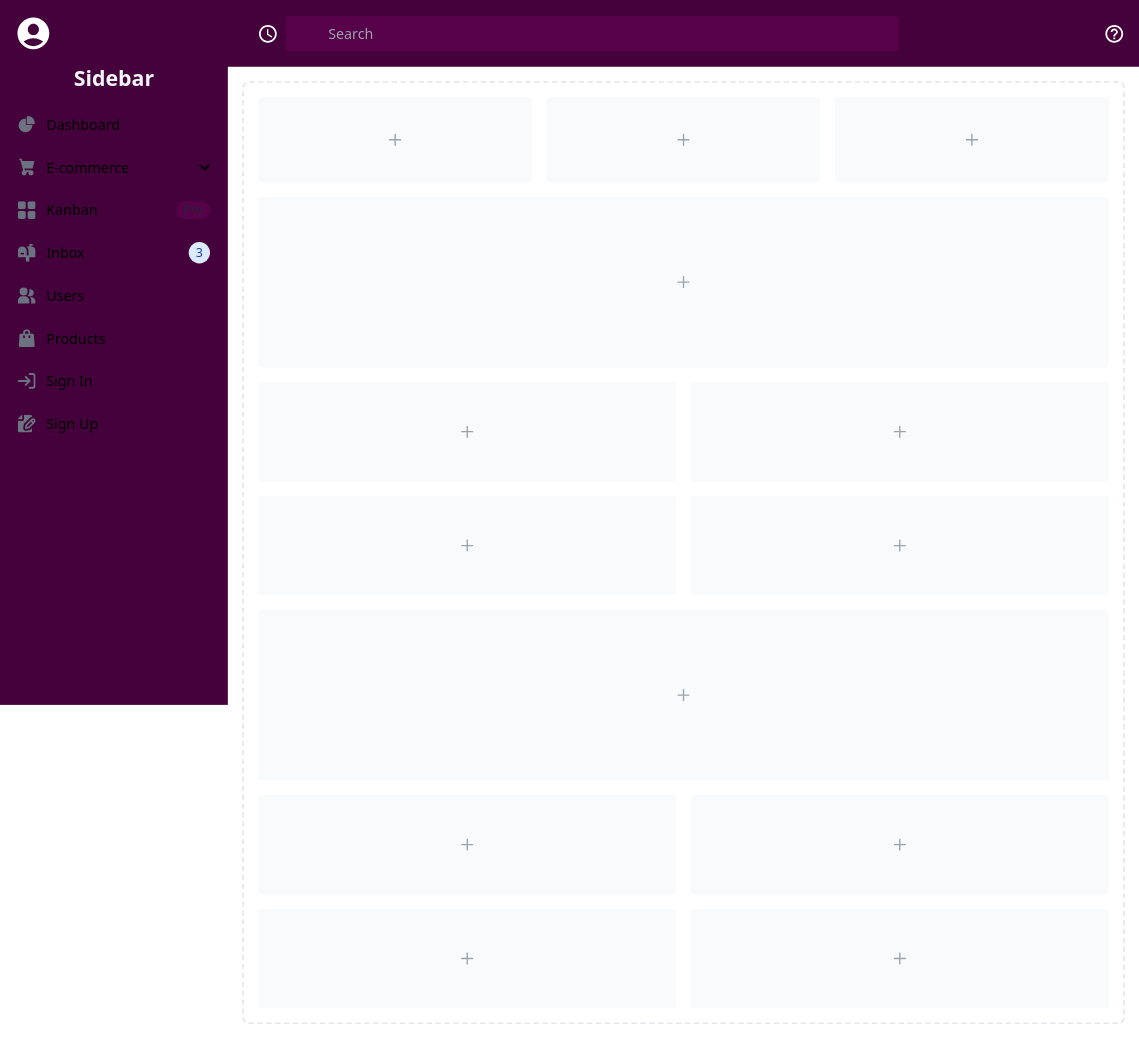
Repository: Shamraiz761/Slack_clone
Page: /
The author's editor kept a copy of each file at every save. The page is drawn from the files as they stood at one save, then again after the next save.
The browser window is 1280 px wide. The pictures show the whole page, at 89% of full size.
The project was rebuilt for these pictures with package versions that can differ from the ones it lists, and the page was loaded fresh each time. Also part of the build but not shown: vite.config.js.

Above is the page before, as saved 2024-01-14 19:16:12.

### src/App.jsx

import React from 'react'
import Header from './components/header/Header'
import Sidebar from './components/sidebar/Sidebar'
function App() {

  return (
  <div className="">
    <div>
      <Header />
      </div>

      <Sidebar />
      {/* Other main content goes here */}
    </div>
  )
}

export default App

### src/components/header/Header.jsx
import React from 'react'
import AccessTimeIcon from '@mui/icons-material/AccessTime';
import HelpOutlineIcon from '@mui/icons-material/HelpOutline';
import AccountCircleIcon from '@mui/icons-material/AccountCircle';
function Header() {
  return (

    <nav className="bg-[#45013b] p-4" style={{background:''}}>
      <div className="container mx-auto flex items-center justify-between">
        {/* Left logos */}

          {/* Left logo */}
          <div className=" sm:mr-4 hidden sm:block">
          <AccountCircleIcon className='text-white text-larger hidden sm:block' style={{fontSize:'43px'}}/>

          </div>





        <div className="sm:w-full flex justify-center items-center">
        <div className="mr-2">
            <AccessTimeIcon className='text-white'/>


          </div>
          <input
            type="text"
            placeholder="Search"
            className=" p-2 px-12 bg-[#57014a] text-white border-none rounded w-32 sm:w-3/5"
          />
        </div>

        {/* Right logos */}
        <div className="flex items-center">

          <div className="ml-[-100px] sm:ml-4">
            <HelpOutlineIcon className='text-white'/>

          </div>
        </div>
      </div>
    </nav>
  )
}

export default Header

### src/components/sidebar/Sidebar.jsx
import React from "react";

function Sidebar() {
  return (
    <div className="relative">


      <aside
        id="sidebar-multi-level-sidebar"
        className="absolute top-full left-0 mt-[-1095px]  bg-[#45013b] w-64 h-screen transition-transform -translate-x-full sm:translate-x-0"
        aria-label="Sidebar"
      >
        <h1 className="text-center font-bold text-2xl text-gray-100">Sidebar</h1>
        <div className="h-full px-3 py-4 overflow-y-auto ">
          <ul className="space-y-2 font-medium">
            <li>
              <a
                href="#"
                className="flex items-center p-2  rounded-lg dark:text-white hover:bg-[#57014a]  group"
              >
                <svg
                  className="w-5 h-5 text-gray-500 transition duration-75 dark:text-gray-400 group-hover: dark:group-hover:text-white"
                  aria-hidden="true"
                  xmlns="http://www.w3.org/2000/svg"
                  fill="currentColor"
                  viewBox="0 0 22 21"
                >
                  <path d="M16.975 11H10V4.025a1 1 0 0 0-1.066-.998 8.5 8.5 0 1 0 9.039 9.039.999.999 0 0 0-1-1.066h.002Z" />
                  <path d="M12.5 0c-.157 0-.311.01-.565.027A1 1 0 0 0 11 1.02V10h8.975a1 1 0 0 0 1-.935c.013-.188.028-.374.028-.565A8.51 8.51 0 0 0 12.5 0Z" />
                </svg>
                <span className="ms-3">Dashboard</span>
              </a>
            </li>
            <li>
              <button
                type="button"
                className="flex items-center w-full p-2 text-base  transition duration-75 rounded-lg group hover:bg-[#57014a] dark:text-white "
                aria-controls="dropdown-example"
                data-collapse-toggle="dropdown-example"
              >
                <svg
                  className="flex-shrink-0 w-5 h-5 text-gray-500 transition duration-75 group-hover: dark:text-gray-400 dark:group-hover:text-white"
                  aria-hidden="true"
                  xmlns="http://www.w3.org/2000/svg"
                  fill="currentColor"
                  viewBox="0 0 18 21"
                >
                  <path d="M15 12a1 1 0 0 0 .962-.726l2-7A1 1 0 0 0 17 3H3.77L3.175.745A1 1 0 0 0 2.208 0H1a1 1 0 0 0 0 2h.438l.6 2.255v.019l2 7 .746 2.986A3 3 0 1 0 9 17a2.966 2.966 0 0 0-.184-1h2.368c-.118.32-.18.659-.184 1a3 3 0 1 0 3-3H6.78l-.5-2H15Z" />
                </svg>
                <span className="flex-1 ms-3 text-left rtl:text-right whitespace-nowrap">
                  E-commerce
                </span>
                <svg
                  className="w-3 h-3"
                  aria-hidden="true"
                  xmlns="http://www.w3.org/2000/svg"
                  fill="none"
                  viewBox="0 0 10 6"
                >
                  <path
                    stroke="currentColor"
                    stroke-linecap="round"
                    stroke-linejoin="round"
                    stroke-width="2"
                    d="m1 1 4 4 4-4"
                  />
                </svg>
              </button>
              <ul id="dropdown-example" className="hidden py-2 space-y-2">
                <li>
                  <a
                    href="#"
                    className="flex items-center w-full p-2  transition duration-75 rounded-lg pl-11 group hover:bg-[#57014a] dark:text-white "
                  >
                    Products
                  </a>
                </li>
                <li>
                  <a
                    href="#"
                    className="flex items-center w-full p-2  transition duration-75 rounded-lg pl-11 group hover:bg-[#57014a] dark:text-white "
                  >
                    Billing
                  </a>
                </li>
                <li>
                  <a
                    href="#"
                    className="flex items-center w-full p-2  transition duration-75 rounded-lg pl-11 group hover:bg-[#57014a] dark:text-white "
                  >
                    Invoice
                  </a>
                </li>
              </ul>
            </li>
            <li>
              <a
                href="#"
                className="flex items-center p-2  rounded-lg dark:text-white hover:bg-[#57014a]  group"
              >
                <svg
                  className="flex-shrink-0 w-5 h-5 text-gray-500 transition duration-75 dark:text-gray-400 group-hover: dark:group-hover:text-white"
                  aria-hidden="true"
                  xmlns="http://www.w3.org/2000/svg"
                  fill="currentColor"
                  viewBox="0 0 18 18"
                >
                  <path d="M6.143 0H1.857A1.857 1.857 0 0 0 0 1.857v4.286C0 7.169.831 8 1.857 8h4.286A1.857 1.857 0 0 0 8 6.143V1.857A1.857 1.857 0 0 0 6.143 0Zm10 0h-4.286A1.857 1.857 0 0 0 10 1.857v4.286C10 7.169 10.831 8 11.857 8h4.286A1.857 1.857 0 0 0 18 6.143V1.857A1.857 1.857 0 0 0 16.143 0Zm-10 10H1.857A1.857 1.857 0 0 0 0 11.857v4.286C0 17.169.831 18 1.857 18h4.286A1.857 1.857 0 0 0 8 16.143v-4.286A1.857 1.857 0 0 0 6.143 10Zm10 0h-4.286A1.857 1.857 0 0 0 10 11.857v4.286c0 1.026.831 1.857 1.857 1.857h4.286A1.857 1.857 0 0 0 18 16.143v-4.286A1.857 1.857 0 0 0 16.143 10Z" />
                </svg>
                <span className="flex-1 ms-3 whitespace-nowrap">Kanban</span>
                <span className="inline-flex items-center justify-center px-2 ms-3 text-sm font-medium text-gray-800 bg-[#57014a] rounded-full dark:bg-gray-700 dark:text-gray-300">
                  Pro
                </span>
              </a>
            </li>
            <li>
              <a
                href="#"
                className="flex items-center p-2  rounded-lg dark:text-white hover:bg-[#57014a]  group"
              >
                <svg
                  className="flex-shrink-0 w-5 h-5 text-gray-500 transition duration-75 dark:text-gray-400 group-hover: dark:group-hover:text-white"
                  aria-hidden="true"
                  xmlns="http://www.w3.org/2000/svg"
                  fill="currentColor"
                  viewBox="0 0 20 20"
                >
                  <path d="m17.418 3.623-.018-.008a6.713 6.713 0 0 0-2.4-.569V2h1a1 1 0 1 0 0-2h-2a1 1 0 0 0-1 1v2H9.89A6.977 6.977 0 0 1 12 8v5h-2V8A5 5 0 1 0 0 8v6a1 1 0 0 0 1 1h8v4a1 1 0 0 0 1 1h2a1 1 0 0 0 1-1v-4h6a1 1 0 0 0 1-1V8a5 5 0 0 0-2.582-4.377ZM6 12H4a1 1 0 0 1 0-2h2a1 1 0 0 1 0 2Z" />
                </svg>
                <span className="flex-1 ms-3 whitespace-nowrap">Inbox</span>
                <span className="inline-flex items-center justify-center w-3 h-3 p-3 ms-3 text-sm font-medium text-blue-800 bg-blue-100 rounded-full dark:bg-blue-900 dark:text-blue-300">
                  3
                </span>
              </a>
            </li>
            <li>
              <a
                href="#"
                className="flex items-center p-2  rounded-lg dark:text-white hover:bg-[#57014a]  group"
              >
                <svg
                  className="flex-shrink-0 w-5 h-5 text-gray-500 transition duration-75 dark:text-gray-400 group-hover: dark:group-hover:text-white"
                  aria-hidden="true"
                  xmlns="http://www.w3.org/2000/svg"
                  fill="currentColor"
                  viewBox="0 0 20 18"
                >
                  <path d="M14 2a3.963 3.963 0 0 0-1.4.267 6.439 6.439 0 0 1-1.331 6.638A4 4 0 1 0 14 2Zm1 9h-1.264A6.957 6.957 0 0 1 15 15v2a2.97 2.97 0 0 1-.184 1H19a1 1 0 0 0 1-1v-1a5.006 5.006 0 0 0-5-5ZM6.5 9a4.5 4.5 0 1 0 0-9 4.5 4.5 0 0 0 0 9ZM8 10H5a5.006 5.006 0 0 0-5 5v2a1 1 0 0 0 1 1h11a1 1 0 0 0 1-1v-2a5.006 5.006 0 0 0-5-5Z" />
                </svg>
                <span className="flex-1 ms-3 whitespace-nowrap">Users</span>
              </a>
            </li>
            <li>
              <a
                href="#"
                className="flex items-center p-2  rounded-lg dark:text-white hover:bg-[#57014a]  group"
              >
                <svg
                  className="flex-shrink-0 w-5 h-5 text-gray-500 transition duration-75 dark:text-gray-400 group-hover: dark:group-hover:text-white"
                  aria-hidden="true"
                  xmlns="http://www.w3.org/2000/svg"
                  fill="currentColor"
                  viewBox="0 0 18 20"
                >
                  <path d="M17 5.923A1 1 0 0 0 16 5h-3V4a4 4 0 1 0-8 0v1H2a1 1 0 0 0-1 .923L.086 17.846A2 2 0 0 0 2.08 20h13.84a2 2 0 0 0 1.994-2.153L17 5.923ZM7 9a1 1 0 0 1-2 0V7h2v2Zm0-5a2 2 0 1 1 4 0v1H7V4Zm6 5a1 1 0 1 1-2 0V7h2v2Z" />
                </svg>
                <span className="flex-1 ms-3 whitespace-nowrap">Products</span>
              </a>
            </li>
            <li>
              <a
                href="#"
                className="flex items-center p-2  rounded-lg dark:text-white hover:bg-[#57014a]  group"
              >
                <svg
                  className="flex-shrink-0 w-5 h-5 text-gray-500 transition duration-75 dark:text-gray-400 group-hover: dark:group-hover:text-white"
                  aria-hidden="true"
                  xmlns="http://www.w3.org/2000/svg"
                  fill="none"
                  viewBox="0 0 18 16"
                >
                  <path
                    stroke="currentColor"
                    stroke-linecap="round"
                    stroke-linejoin="round"
                    stroke-width="2"
                    d="M1 8h11m0 0L8 4m4 4-4 4m4-11h3a2 2 0 0 1 2 2v10a2 2 0 0 1-2 2h-3"
                  />
                </svg>
                <span className="flex-1 ms-3 whitespace-nowrap">Sign In</span>
              </a>
            </li>
            <li>
              <a
                href="#"
                className="flex items-center p-2  rounded-lg dark:text-white hover:bg-[#57014a]  group"
              >
                <svg
                  className="flex-shrink-0 w-5 h-5 text-gray-500 transition duration-75 dark:text-gray-400 group-hover: dark:group-hover:text-white"
                  aria-hidden="true"
                  xmlns="http://www.w3.org/2000/svg"
                  fill="currentColor"
                  viewBox="0 0 20 20"
                >
                  <path d="M5 5V.13a2.96 2.96 0 0 0-1.293.749L.879 3.707A2.96 2.96 0 0 0 .13 5H5Z" />
                  <path d="M6.737 11.061a2.961 2.961 0 0 1 .81-1.515l6.117-6.116A4.839 4.839 0 0 1 16 2.141V2a1.97 1.97 0 0 0-1.933-2H7v5a2 2 0 0 1-2 2H0v11a1.969 1.969 0 0 0 1.933 2h12.134A1.97 1.97 0 0 0 16 18v-3.093l-1.546 1.546c-.413.413-.94.695-1.513.81l-3.4.679a2.947 2.947 0 0 1-1.85-.227 2.96 2.96 0 0 1-1.635-3.257l.681-3.397Z" />
                  <path d="M8.961 16a.93.93 0 0 0 .189-.019l3.4-.679a.961.961 0 0 0 .49-.263l6.118-6.117a2.884 2.884 0 0 0-4.079-4.078l-6.117 6.117a.96.96 0 0 0-.263.491l-.679 3.4A.961.961 0 0 0 8.961 16Zm7.477-9.8a.958.958 0 0 1 .68-.281.961.961 0 0 1 .682 1.644l-.315.315-1.36-1.36.313-.318Zm-5.911 5.911 4.236-4.236 1.359 1.359-4.236 4.237-1.7.339.341-1.699Z" />
                </svg>
                <span className="flex-1 ms-3 whitespace-nowrap">Sign Up</span>
              </a>
            </li>
          </ul>
        </div>
      </aside>

      <div className="p-4 sm:ml-64">
        <div className="p-4 border-2 border-gray-200 border-dashed rounded-lg dark:border-gray-700">
          <div className="grid grid-cols-3 gap-4 mb-4">
            <div className="flex items-center justify-center h-24 rounded bg-gray-50 dark:bg-gray-800">
              <p className="text-2xl text-gray-400 dark:text-gray-500">
                <svg
                  className="w-3.5 h-3.5"
                  aria-hidden="true"
                  xmlns="http://www.w3.org/2000/svg"
                  fill="none"
                  viewBox="0 0 18 18"
                >
                  <path
                    stroke="currentColor"
                    stroke-linecap="round"
                    stroke-linejoin="round"
                    stroke-width="2"
                    d="M9 1v16M1 9h16"
                  />
                </svg>
              </p>
            </div>
            <div className="flex items-center justify-center h-24 rounded bg-gray-50 dark:bg-gray-800">
              <p className="text-2xl text-gray-400 dark:text-gray-500">
                <svg
                  className="w-3.5 h-3.5"
                  aria-hidden="true"
                  xmlns="http://www.w3.org/2000/svg"
                  fill="none"
                  viewBox="0 0 18 18"
                >
                  <path
                    stroke="currentColor"
                    stroke-linecap="round"
                    stroke-linejoin="round"
                    stroke-width="2"
                    d="M9 1v16M1 9h16"
                  />
                </svg>
              </p>
            </div>
            <div className="flex items-center justify-center h-24 rounded bg-gray-50 dark:bg-gray-800">
              <p className="text-2xl text-gray-400 dark:text-gray-500">
                <svg
                  className="w-3.5 h-3.5"
                  aria-hidden="true"
                  xmlns="http://www.w3.org/2000/svg"
                  fill="none"
                  viewBox="0 0 18 18"
                >
                  <path
                    stroke="currentColor"
                    stroke-linecap="round"
                    stroke-linejoin="round"
                    stroke-width="2"
                    d="M9 1v16M1 9h16"
                  />
                </svg>
              </p>
            </div>
          </div>
          <div className="flex items-center justify-center h-48 mb-4 rounded bg-gray-50 dark:bg-gray-800">
            <p className="text-2xl text-gray-400 dark:text-gray-500">
              <svg
                className="w-3.5 h-3.5"
                aria-hidden="true"
                xmlns="http://www.w3.org/2000/svg"
                fill="none"
                viewBox="0 0 18 18"
              >
                <path
                  stroke="currentColor"
                  stroke-linecap="round"
                  stroke-linejoin="round"
                  stroke-width="2"
                  d="M9 1v16M1 9h16"
                />
              </svg>
            </p>
          </div>
          <div className="grid grid-cols-2 gap-4 mb-4">
            <div className="flex items-center justify-center rounded bg-gray-50 h-28 dark:bg-gray-800">
              <p className="text-2xl text-gray-400 dark:text-gray-500">
                <svg
                  className="w-3.5 h-3.5"
                  aria-hidden="true"
                  xmlns="http://www.w3.org/2000/svg"
                  fill="none"
                  viewBox="0 0 18 18"
                >
                  <path
                    stroke="currentColor"
                    stroke-linecap="round"
                    stroke-linejoin="round"
                    stroke-width="2"
                    d="M9 1v16M1 9h16"
                  />
                </svg>
              </p>
            </div>
            <div className="flex items-center justify-center rounded bg-gray-50 h-28 dark:bg-gray-800">
              <p className="text-2xl text-gray-400 dark:text-gray-500">
                <svg
                  className="w-3.5 h-3.5"
                  aria-hidden="true"
                  xmlns="http://www.w3.org/2000/svg"
                  fill="none"
                  viewBox="0 0 18 18"
                >
                  <path
                    stroke="currentColor"
                    stroke-linecap="round"
                    stroke-linejoin="round"
                    stroke-width="2"
                    d="M9 1v16M1 9h16"
                  />
                </svg>
              </p>
            </div>
            <div className="flex items-center justify-center rounded bg-gray-50 h-28 dark:bg-gray-800">
              <p className="text-2xl text-gray-400 dark:text-gray-500">
                <svg
                  className="w-3.5 h-3.5"
                  aria-hidden="true"
                  xmlns="http://www.w3.org/2000/svg"
                  fill="none"
                  viewBox="0 0 18 18"
                >
                  <path
                    stroke="currentColor"
                    stroke-linecap="round"
                    stroke-linejoin="round"
                    stroke-width="2"
                    d="M9 1v16M1 9h16"
                  />
                </svg>
              </p>
            </div>
            <div className="flex items-center justify-center rounded bg-gray-50 h-28 dark:bg-gray-800">
              <p className="text-2xl text-gray-400 dark:text-gray-500">
                <svg
                  className="w-3.5 h-3.5"
                  aria-hidden="true"
                  xmlns="http://www.w3.org/2000/svg"
                  fill="none"
                  viewBox="0 0 18 18"
                >
                  <path
                    stroke="currentColor"
                    stroke-linecap="round"
                    stroke-linejoin="round"
                    stroke-width="2"
                    d="M9 1v16M1 9h16"
                  />
                </svg>
              </p>
            </div>
          </div>
          <div className="flex items-center justify-center h-48 mb-4 rounded bg-gray-50 dark:bg-gray-800">
            <p className="text-2xl text-gray-400 dark:text-gray-500">
              <svg
                className="w-3.5 h-3.5"
                aria-hidden="true"
                xmlns="http://www.w3.org/2000/svg"
                fill="none"
                viewBox="0 0 18 18"
              >
                <path
                  stroke="currentColor"
                  stroke-linecap="round"
                  stroke-linejoin="round"
                  stroke-width="2"
                  d="M9 1v16M1 9h16"
                />
              </svg>
            </p>
          </div>
          <div className="grid grid-cols-2 gap-4">
            <div className="flex items-center justify-center rounded bg-gray-50 h-28 dark:bg-gray-800">
              <p className="text-2xl text-gray-400 dark:text-gray-500">
                <svg
                  className="w-3.5 h-3.5"
                  aria-hidden="true"
                  xmlns="http://www.w3.org/2000/svg"
                  fill="none"
                  viewBox="0 0 18 18"
                >
                  <path
                    stroke="currentColor"
                    stroke-linecap="round"
                    stroke-linejoin="round"
                    stroke-width="2"
                    d="M9 1v16M1 9h16"
                  />
                </svg>
              </p>
            </div>
            <div className="flex items-center justify-center rounded bg-gray-50 h-28 dark:bg-gray-800">
              <p className="text-2xl text-gray-400 dark:text-gray-500">
                <svg
                  className="w-3.5 h-3.5"
                  aria-hidden="true"
                  xmlns="http://www.w3.org/2000/svg"
                  fill="none"
                  viewBox="0 0 18 18"
                >
                  <path
                    stroke="currentColor"
                    stroke-linecap="round"
                    stroke-linejoin="round"
                    stroke-width="2"
                    d="M9 1v16M1 9h16"
                  />
                </svg>
              </p>
            </div>
            <div className="flex items-center justify-center rounded bg-gray-50 h-28 dark:bg-gray-800">
              <p className="text-2xl text-gray-400 dark:text-gray-500">
                <svg
                  className="w-3.5 h-3.5"
                  aria-hidden="true"
                  xmlns="http://www.w3.org/2000/svg"
                  fill="none"
                  viewBox="0 0 18 18"
                >
                  <path
                    stroke="currentColor"
                    stroke-linecap="round"
                    stroke-linejoin="round"
                    stroke-width="2"
                    d="M9 1v16M1 9h16"
                  />
                </svg>
              </p>
            </div>
            <div className="flex items-center justify-center rounded bg-gray-50 h-28 dark:bg-gray-800">
              <p className="text-2xl text-gray-400 dark:text-gray-500">
                <svg
                  className="w-3.5 h-3.5"
                  aria-hidden="true"
                  xmlns="http://www.w3.org/2000/svg"
                  fill="none"
                  viewBox="0 0 18 18"
                >
                  <path
                    stroke="currentColor"
                    stroke-linecap="round"
                    stroke-linejoin="round"
                    stroke-width="2"
                    d="M9 1v16M1 9h16"
                  />
                </svg>
              </p>
            </div>
          </div>
        </div>
      </div>
    </div>
  );
}

export default Sidebar;

Loaded but not shown: index.html (common file); src/main.jsx (common file); src/index.css (common file); tailwind.config.js (common file)

After the next save:
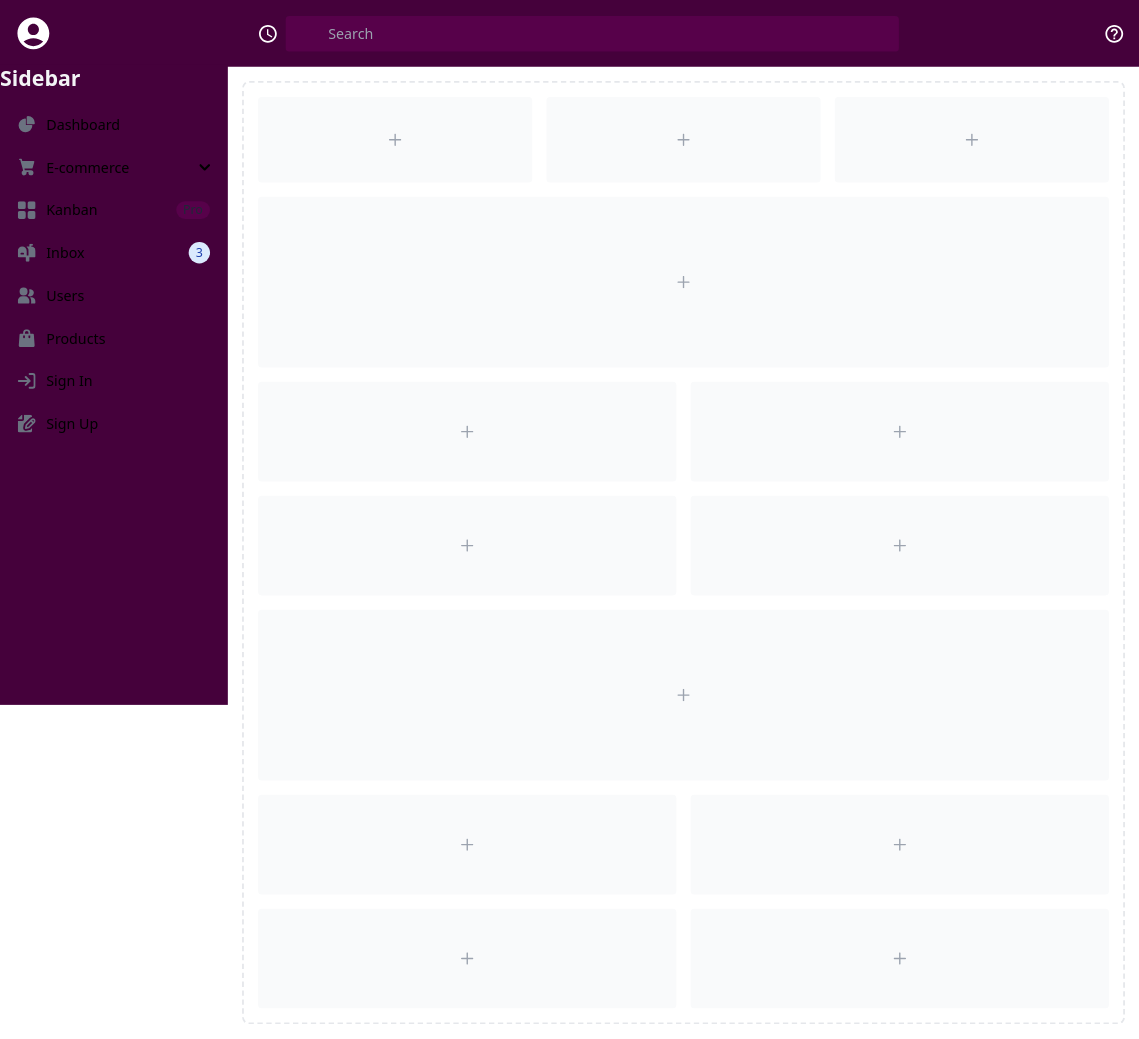
Saved 38 s later.
--- a/src/components/sidebar/Sidebar.jsx
+++ b/src/components/sidebar/Sidebar.jsx
@@ -10,7 +10,7 @@ function Sidebar() {
         className="absolute top-full left-0 mt-[-1095px]  bg-[#45013b] w-64 h-screen transition-transform -translate-x-full sm:translate-x-0"
         aria-label="Sidebar"
       >
-        <h1 className="text-center font-bold text-2xl text-gray-100">Sidebar</h1>
+        <h1 className=" font-bold text-2xl text-gray-100">Sidebar</h1>
         <div className="h-full px-3 py-4 overflow-y-auto ">
           <ul className="space-y-2 font-medium">
             <li>
